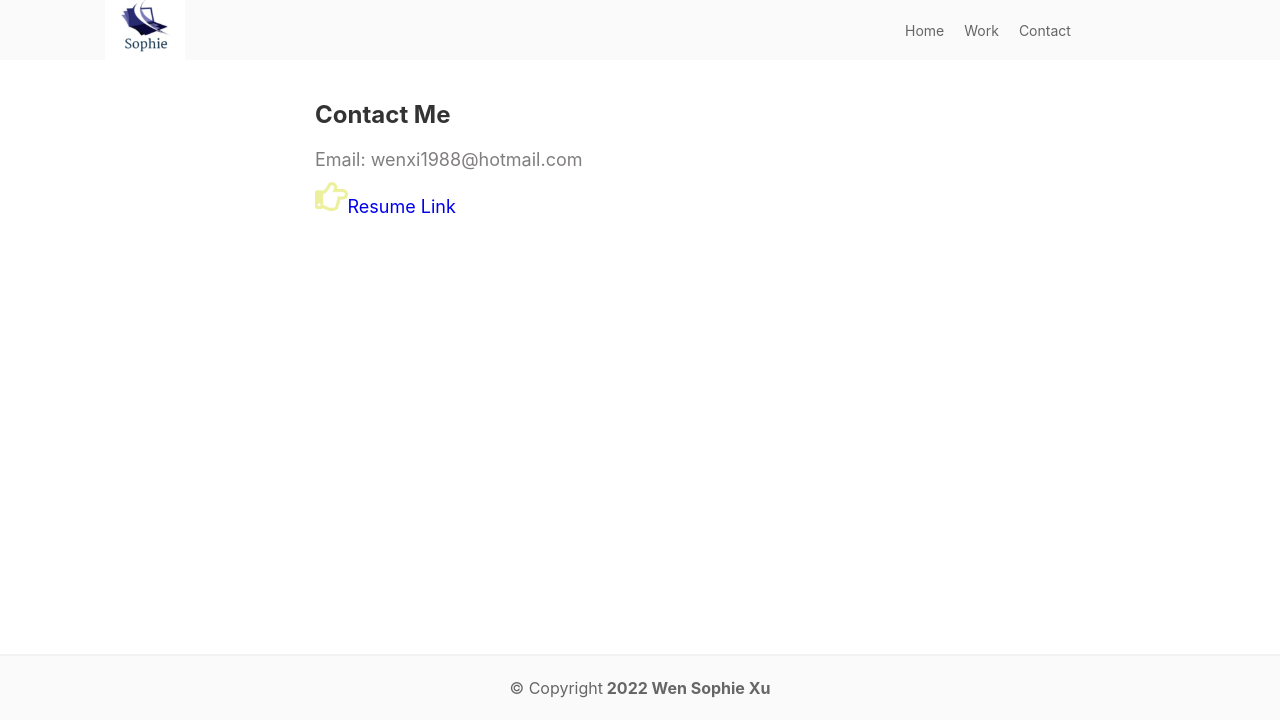
Repository: wenxi0504/myResume_app
Page: /contact
The author's editor kept a copy of each file at every save. The page is drawn from the files as they stood at one save, then again after the next save.
The browser window is 1280 px wide. The pictures show the whole page.
The project was rebuilt for these pictures with package versions that can differ from the ones it lists, and the page was loaded fresh each time. Also part of the build but not shown: src/pages/HomePage/home.module.scss, src/pages/HomePage/index.js, src/pages/WorkPage/works.module.scss, src/components/WorkLists/work.module.scss, src/components/WorkLists/index.js, src/pages/WorkPage/index.js.

Above is the page before, as saved 2022-01-04 22:37:14.

### src/index.js
import React from 'react';
import ReactDOM from 'react-dom';
import './index.css';
import App from './pages/App';
import reportWebVitals from './reportWebVitals';
import { BrowserRouter as Router} from 'react-router-dom'



ReactDOM.render(
  <Router>
    <App />
  </Router>,
  document.getElementById('root')
);

// If you want to start measuring performance in your app, pass a function
// to log results (for example: reportWebVitals(console.log))
// or send to an analytics endpoint. Learn more: https://bit.ly/CRA-vitals
reportWebVitals();

### src/index.css
body {
  margin: 0;
  padding: 0;
  font-family: -apple-system, BlinkMacSystemFont, "Segoe UI", "Roboto", "Oxygen",
    "Ubuntu", "Cantarell", "Fira Sans", "Droid Sans", "Helvetica Neue",
    sans-serif;
  -webkit-font-smoothing: antialiased;
  -moz-osx-font-smoothing: grayscale;
}

code {
  font-family: source-code-pro, Menlo, Monaco, Consolas, "Courier New",
    monospace;
}


body, h1, h2, h3, h4, h5, h6, hr, p, blockquote, dl, dt, dd, ul, ol, li, pre, form, fieldset, legend, button, input, textarea, th, td {
  margin:0; padding:0;
}
body, button, input, select, textarea {
  font:12px/1.5tahoma, arial, \5b8b\4f53;
}
h1, h2, h3, h4, h5, h6{
  font-size:100%;
  color:rgb(51, 51, 51);
}
address, cite, dfn, em, var {
  font-style:normal;
}
code, kbd, pre, samp {
  font-family:couriernew, courier, monospace;
}
small{
  font-size:12px;
}
ul, ol {
  list-style:none;

}

a {
  text-decoration:none;
}

sup {
  vertical-align:text-top;
}
sub{
  vertical-align:text-bottom;
}
legend {
  color:#000;
}
fieldset, img {
  border:0;
}
button, input, select, textarea {
  font-size:100%;
}
table {
  border-collapse:collapse; border-spacing:0;
}


html,body,#root{
   width: 100%;
   height: 100%;
}

code {
  font-family: source-code-pro, Menlo, Monaco, Consolas, "Courier New",
    monospace;
}

### src/pages/App.js
import logo from "./logo.svg";
import styles from "./App.module.scss";
import { Link, Routes, Route } from "react-router-dom";
import HomePage from "./HomePage";
import WorkPage from "./WorkPage";
import Contact from "./Contact";
function App() {
  //get value of location

  return (
    <div className={styles.App}>
      {/*Header*/}
      <header className={styles.header}>
        <div className={styles.box}>
          <Link to="/">
            <div className={styles.boxleft}>
              <img src={require("../../src/assets/images/logo.jpg")} alt="sophie"/>
            </div>
          </Link>
          <div className={styles.boxright}>
            <Link to="/">
              <p>Home</p>
            </Link>
            <Link to="/works">
              <p>Work</p>
            </Link>
            <Link to="/contact">
              <p>Contact</p>
            </Link>
          </div>
        </div>
      </header>

      {/* Content */}
      <section className={styles.content}>
        <div>
          <Routes>
            <Route path="/" exact element={<HomePage />} />
            <Route path="/works" exact element={<WorkPage />} />
            <Route path="/contact" exact element={<Contact />} />
          </Routes>
        </div>
      </section>

      {/*footer*/}
      <footer className={styles.footer}>
        <p>
          © Copyright<b> 2022 Wen Sophie Xu</b>
        </p>
      </footer>
    </div>
  );
}

export default App;

### src/pages/App.module.scss
.App {
  display: flex;
  min-height: 100vh;
  flex-direction: column;
  .content {
    flex: 1;
    text-align: center;
  }
  .header {
    background-color: rgb(250, 250, 250);
    height: 60px;
    .selected {
      color: #333 !important;
      padding-bottom: 5px;
      border-bottom: 1.5px solid #333;
    }
    .box {
      width: 70%;
      height: 100%;

      display: flex;
      align-items: center;
      justify-content: space-between;
      a:hover {
        text-decoration: none;
      }
      .boxleft {
        img{
          width:80px;
          height:70px;
          object-fit:cover;
        }
        padding: 0px 5px 0px 100px;
        margin: 10px 5px;
      }


      .boxright {
        display: inline-flex;
        justify-content: flex-start;
        padding: 0px 5px 0px 100px;
        margin: 0px 5px 0px 600px;
        p {
          margin: 0px 10px;
          font-size: 14px;
          color: rgb(102, 102, 102);
        }
      }
      div {
        cursor: pointer;
      }
    }
  }
  .footer {
    text-align: center;
    padding: 20px 0px;
    margin-top: 10px;;
    color: rgb(102, 102, 102);
    background: #fafafa;
    border-top: 2px solid #f2f2f2;
    p {
      padding: 2px 0px;
    }
  }
}

### src/pages/Contact/index.js
// eslint-disable-next-line no-unused-vars
import React, { Component } from "react";
import styles from './contact.module.scss';

// eslint-disable-next-line import/no-anonymous-default-export
export default () => {
  return <div className={styles.wrap}>
    <div className={styles.box}>
      <div className={styles.title}>
        <h1>Contact Me</h1>
        <p>Email: wenxi1988@hotmail.com</p>
        <img src={require("../../assets/images/8530611_hand_point_right_icon.png")} alt="right pointer"/>
        <a  href={"https://onedrive.live.com/embed?cid=962C89212FFCD98B&resid=962C89212FFCD98B%2127301&authkey=ANmidHzG6CnqqhE"}>Resume Link</a>

          </div>
    </div>

  </div>;
};

### src/pages/Contact/contact.module.scss
.wrap {
  text-align: left;
  flex: 1;
  .box {
    width: 650px;
    margin: 0px auto;
    padding: 40px 0px;
    .title {
      h1 {
        font-size: 24px;
      }
      p {
        color: rgb(129, 126, 126);
        padding-top: 20px;
        font-size: 18px;
      }
     img{
         width:5%;
         margin-top:10px;
     }
      a {
        margin-top: 20px;
        padding-top: 60px;
        font-size: 18px;
      }
    }
  }
}

Loaded but not shown: public/index.html (common file); src/reportWebVitals.js (common file)

After the next save:
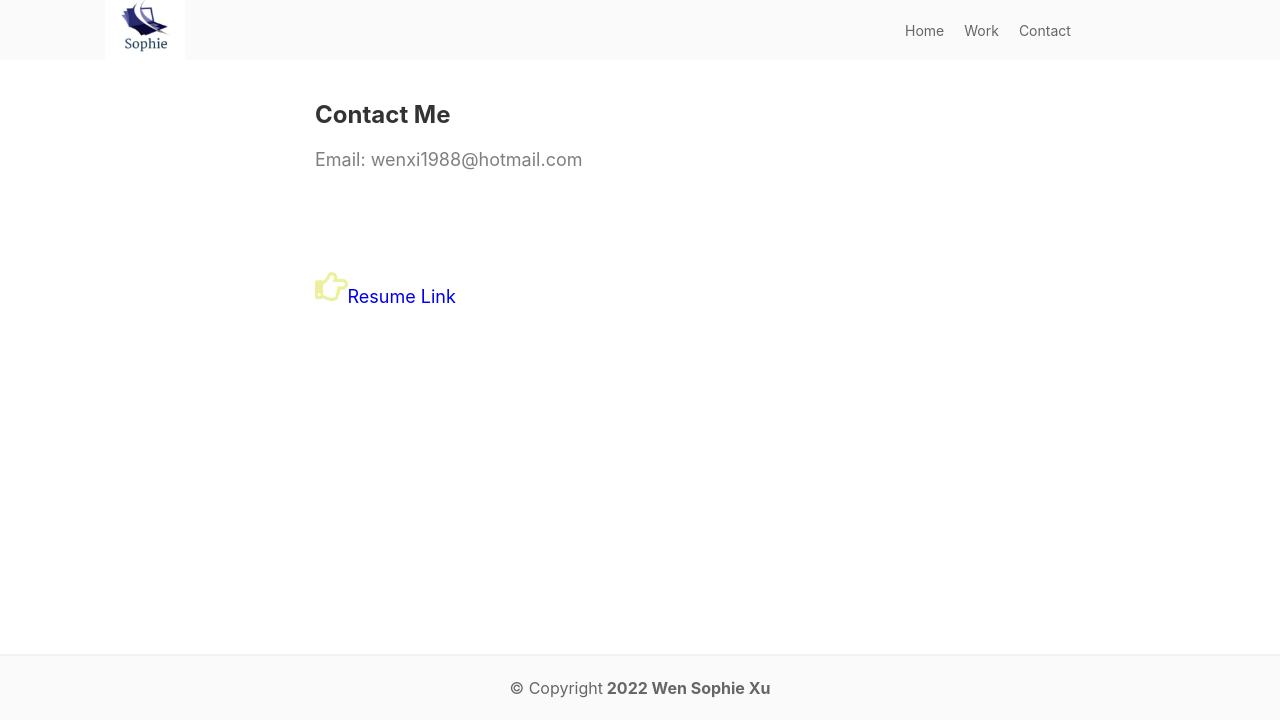
Saved 17 s later.
--- a/src/pages/Contact/contact.module.scss
+++ b/src/pages/Contact/contact.module.scss
@@ -16,7 +16,7 @@
       }
      img{
          width:5%;
-         margin-top:10px;
+         margin-top:100px;
      }
       a {
         margin-top: 20px;
